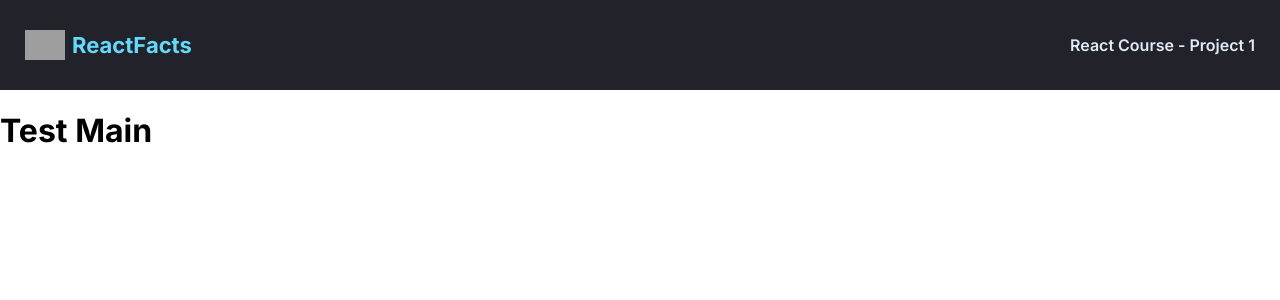
Repository: evemcd/scrimba-react2
Page: / (app in vite-react/)
An editor plug-in stored every save of this project. The page is shown before and after the next save, followed by the edit.
The browser window is 1280 px wide. The pictures show the whole page.
Pictures or frames that could not be fetched are drawn as grey boxes. The project was rebuilt for these pictures with package versions that can differ from the ones it lists, and the page was loaded fresh each time. Also part of the build but not shown: vite-react/vite.config.js.

Above is the page before, as saved 2023-08-04 10:56:50.

### vite-react/index.html
<!doctype html>
<html lang="en">

<head>
  <meta charset="UTF-8" />
  <meta name="viewport" content="width=device-width, initial-scale=1.0" />
  <link rel="preconnect" href="https://fonts.googleapis.com">
  <link rel="preconnect" href="https://fonts.gstatic.com" crossorigin>
  <link
    href="https://fonts.googleapis.com/css2?family=Inter:wght@400;600;700&family=Roboto+Condensed:wght@300;400;700&family=Roboto:ital,wght@0,400;0,700;0,900;1,300&display=swap"
    rel="stylesheet">
  <link rel="stylesheet" href="./src/index.css">
  <title>ReactFacts</title>
</head>

<body>
  <div id="root"></div>
  <script type="module" src="/src/index.jsx"></script>
</body>

</html>

### vite-react/src/index.css
* {
  box-sizing: border-box;
}

body {
  margin: 0;
  font-family: Inter, sans-serif;
}

nav {
  display: flex;
  align-items: center;
  background-color: #21222A;
  height: 90px;
  padding: 30px 25px;
}

.nav--icon {
  height: 30px;
  margin-right: 7px;
}

.nav--logo_text {
  color: #61DAFB;
  margin: 0;
  margin-right: auto;
  font-weight: 700;
  font-size: 22px;
}

.nav--title {
  /* justify-content: flex-end; */
  margin: 0;
  color: #DEEBF8;
  font-weight: 600;
}

### vite-react/src/index.jsx
import React from 'react'
import ReactDOM from 'react-dom'
import App from './App.jsx'



ReactDOM.render(
  <App />,
  document.getElementById('root'))

### vite-react/src/App.jsx
import React from 'react'
import Navbar from './components/Navbar.jsx'
import Main from './components/Main.jsx'

export default function App() {
    return (
        <div className="container">
            <Navbar />
            <Main />
        </div>
    )
}

### vite-react/src/components/Navbar.jsx
import '../index.css'

export default function Navbar() {
    return (
        <nav>
            <img src="../../public/img/react-logo.png" className='nav--icon' />
            <h3 className='nav--logo_text'>ReactFacts</h3>
            <h4 className='nav--title'>React Course - Project 1</h4>
        </nav>
    )
}

### vite-react/src/components/Main.jsx
export default function Main() {
    return (
        <h1>Test Main</h1>
    )
}

After the next save:
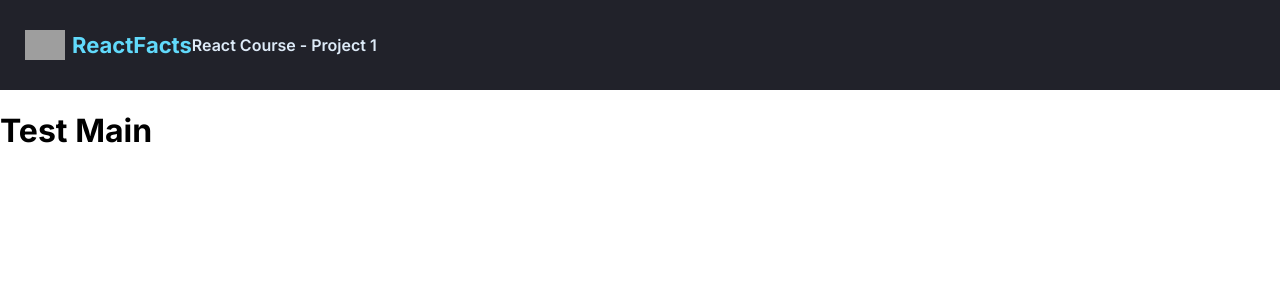
Saved 20 s later.
--- a/vite-react/src/index.css
+++ b/vite-react/src/index.css
@@ -23,13 +23,12 @@
 .nav--logo_text {
   color: #61DAFB;
   margin: 0;
-  margin-right: auto;
+  /* margin-right: auto; */
   font-weight: 700;
   font-size: 22px;
 }
 
 .nav--title {
-  /* justify-content: flex-end; */
   margin: 0;
   color: #DEEBF8;
   font-weight: 600;

After the save that followed:
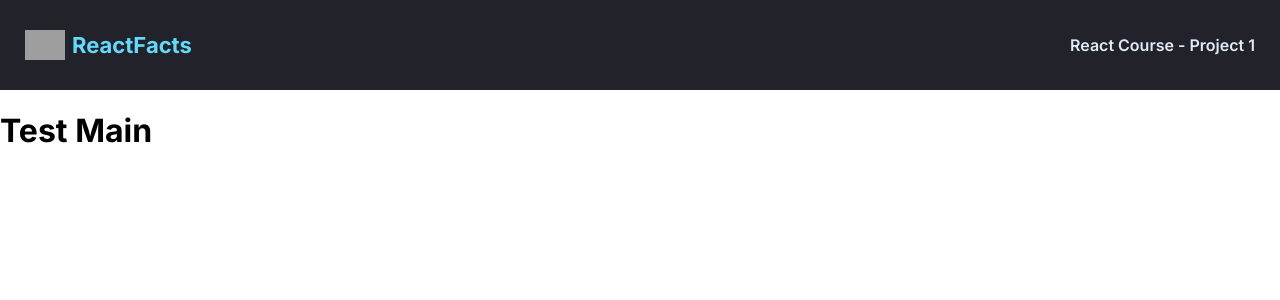
Saved 4 s later.
--- a/vite-react/src/index.css
+++ b/vite-react/src/index.css
@@ -23,7 +23,7 @@
 .nav--logo_text {
   color: #61DAFB;
   margin: 0;
-  /* margin-right: auto; */
+  margin-right: auto;
   font-weight: 700;
   font-size: 22px;
 }
